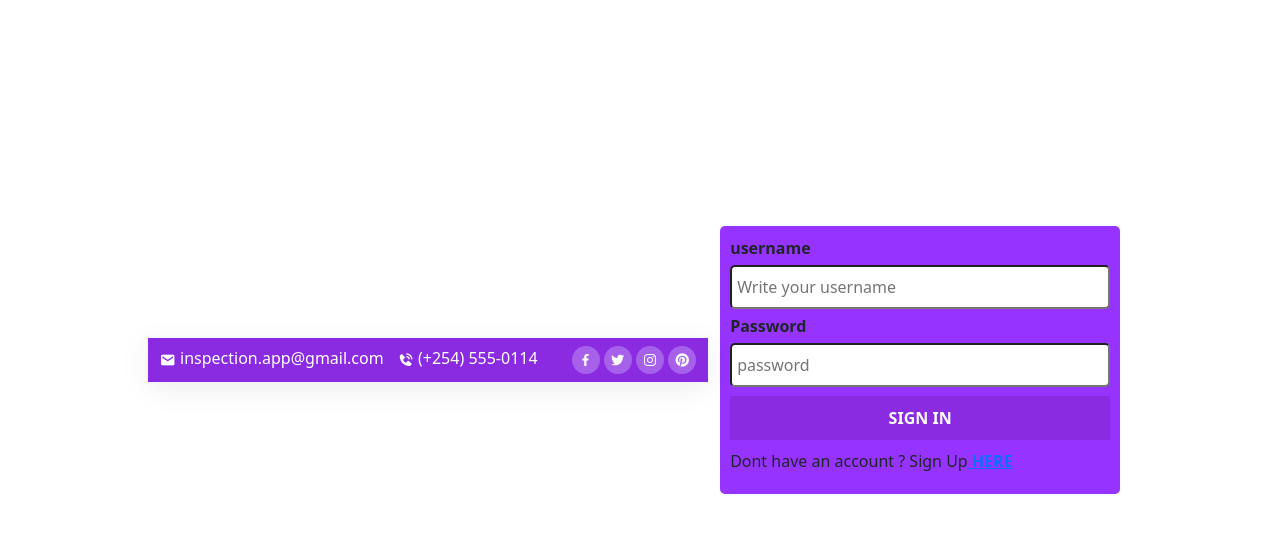
Repository: NDISHAW/Inspectionapp-rails
Page: public/signIn.html
An editor plug-in stored every save of this project. The page is shown before and after the next save, followed by the edit.
The browser window is 1280 px wide. The pictures show the whole page.

Above is the page before, as saved 2022-10-09 04:29:20.

After the next save:
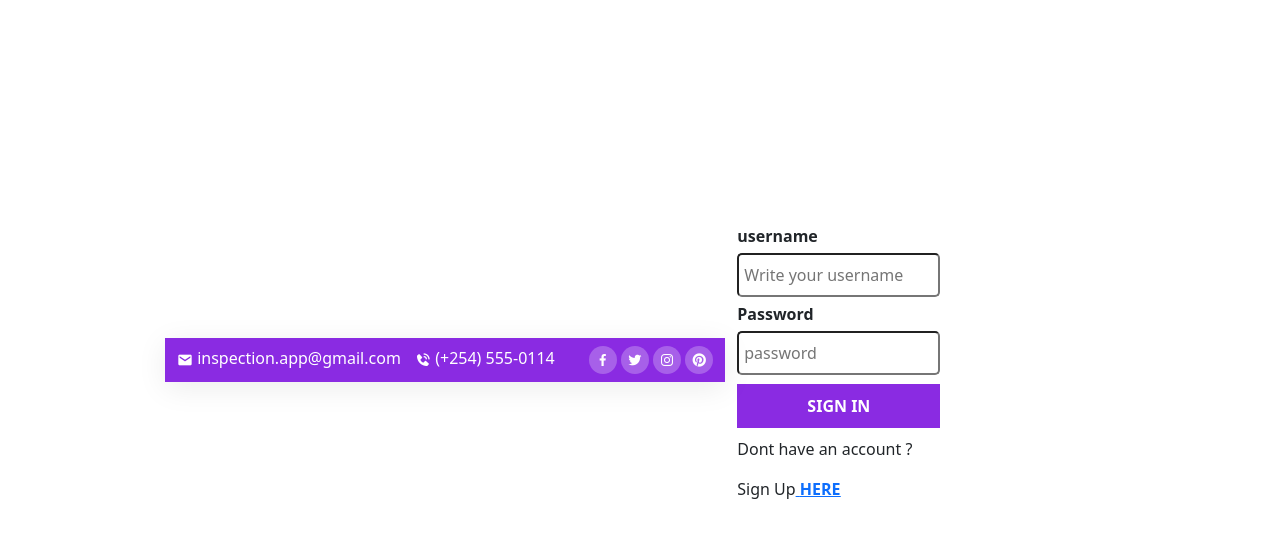
Saved 13 s later.
--- a/public/signIn.html
+++ b/public/signIn.html
@@ -38,7 +38,7 @@
     <section id="about">
     <div class="container-fluid">
       <div class="col-lg-10 justify-content-center ">
-    <div class="form">
+    <div class="col-lg-8">
       <!-- Email  -->
       <div class="email">
         <label for="username">username</label>
